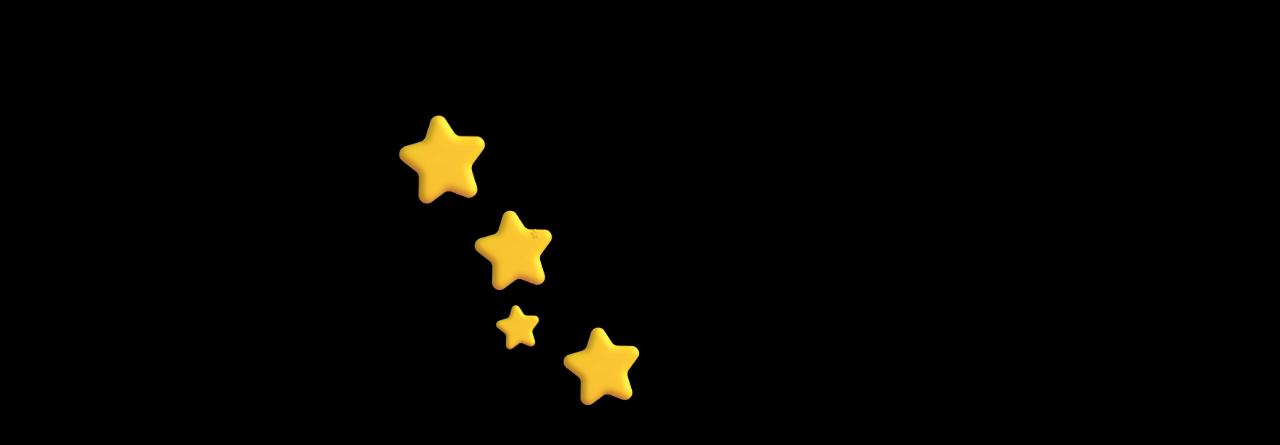
Repository: heartbreathing/Star-game
Page: index.html
The author's editor kept a copy of each file at every save. The page is drawn from the files as they stood at one save, then again after a run of saves.
The browser window is 1280 px wide. The pictures show the whole page.

Above is the page before, as saved 2022-10-29 12:35:37.

After the next 3 saves:
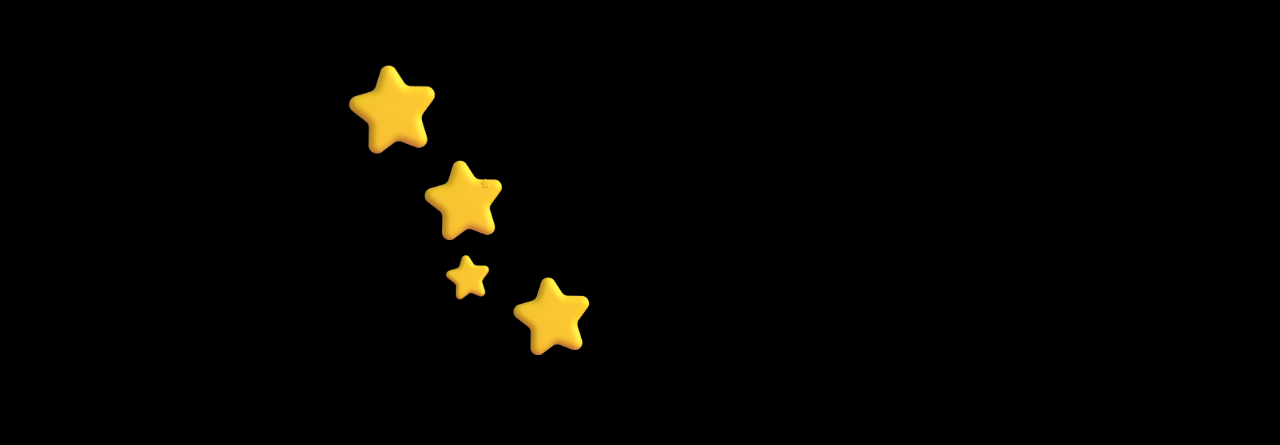
The 3 saves are shown as one change because they came seconds apart.
The last was saved 35 s later.
--- a/index.html
+++ b/index.html
@@ -18,8 +18,8 @@
           var obj = document.createElement('img');
           var wid = Math.floor(Math.random() * 100 + 10);
           obj.width = wid;
-          var x = Math.floor(Math.random() * 600 + 50);
-          var y = Math.floor(Math.random() * 300 + 50);
+          var x = Math.floor(Math.random() * 600);
+          var y = Math.floor(Math.random() * 300);
           obj.style.position = 'absolute';
           obj.style.top = y + 'px';
           obj.style.left = x + 'px';
